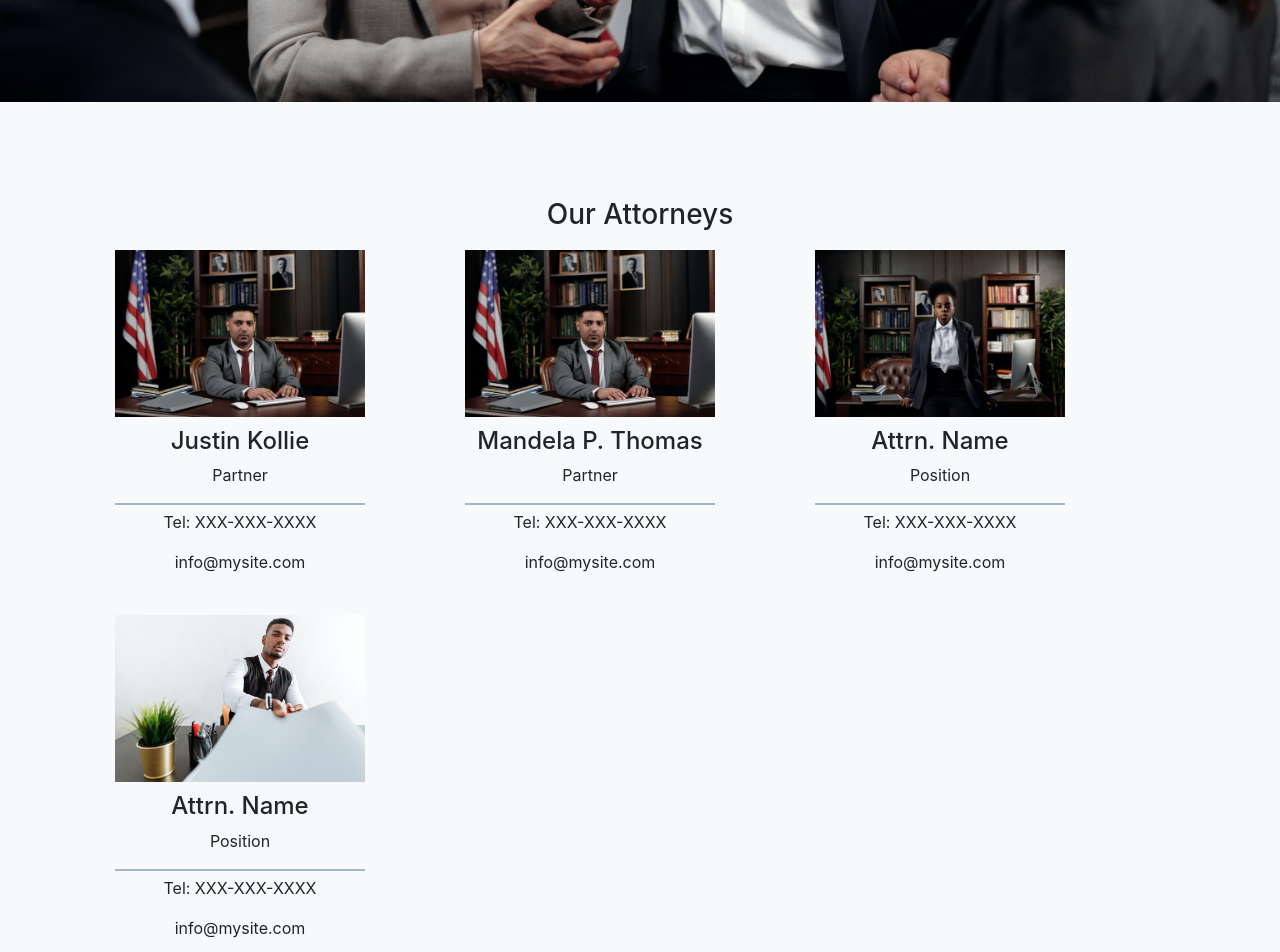
Repository: just-mann/kolllie-kolliellp
Page: index.html
The author's editor kept a copy of each file at every save. The page is drawn from the files as they stood at one save, then again after a run of saves.
The browser window is 1280 px wide. The pictures show the part of the page from y = 2470 to 3422 px (the page is 4862 px tall before and 4878 px after).
Backgrounds fixed to the window are drawn as part of the page.

Above is the page before, as saved 2021-06-02 05:33:07.

After the next 4 saves:
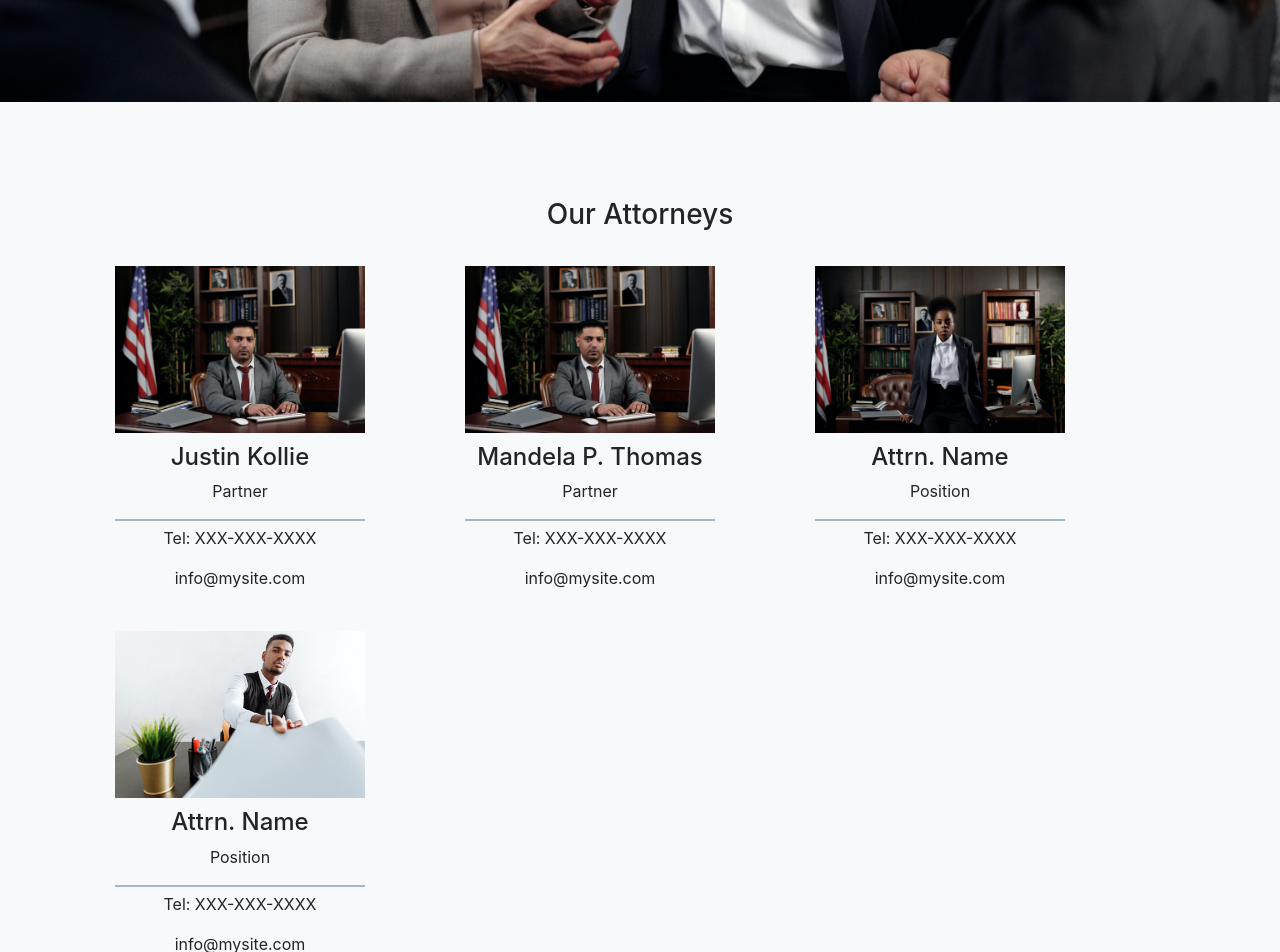
The 4 saves are shown as one change because they came seconds apart.
The last was saved 19 s later.
--- a/index.html
+++ b/index.html
@@ -83,7 +83,7 @@
     </div>
     <section class="ourAttorneys py-5 bg-light" id="ourAttorneys">
         <div class="myContainer py-5">
-            <h3 class="text-center">Our Attorneys</h3>
+            <h3 class="text-center mb-4">Our Attorneys</h3>
             <div class="attorneysDiv mx-auto">
                 <div class="attCard">
                     <img src="./assets/images/attrny1.jpg" alt="att1">
